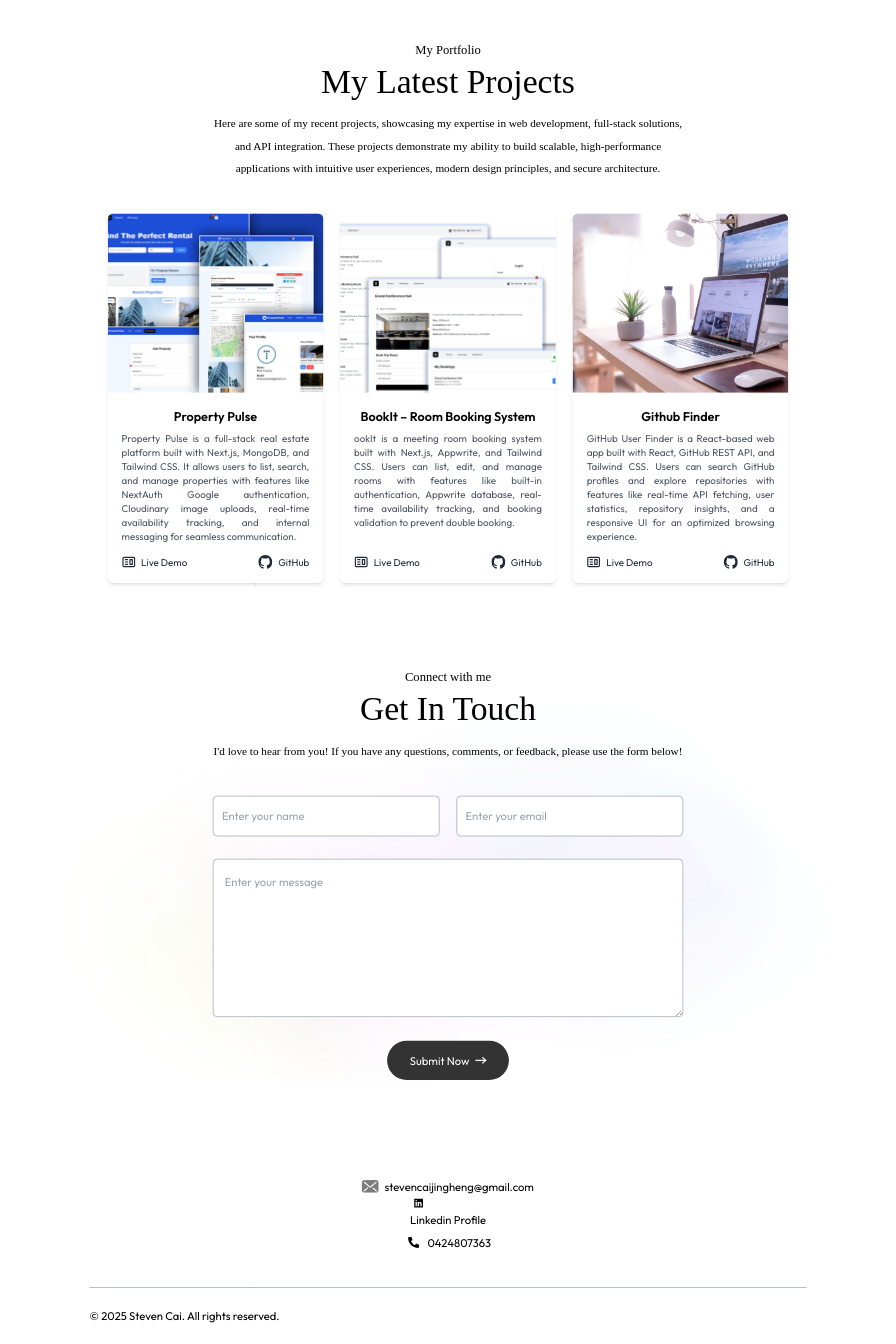
Repository: Steven4cai/profolio
Page: /
These files come from the project's save history. The page is drawn as it stood at one moment and after the next save; the edit follows.
The browser window is 1280 px wide. The pictures show the part of the page from y = 2337 to 4257 px (the page is 4257 px tall before and 4241 px after), at 70% of full size.
Some web fonts or font styles are not loaded; a fallback is used. The project was rebuilt for these pictures with package versions that can differ from the ones it lists, and the page was loaded fresh each time. The framework's server and built-in components were replaced by stand-ins that run in the browser. Also part of the build but not shown: next.config.mjs.

Above is the page before, as saved 2025-02-09 14:26:41.

### app/layout.js
import {Outfit,Ovo} from "next/font/google";
import "./globals.css";

const outfit = Outfit({
  subsets: ["latin"],weight:["400","500","600","700"]
});

const ovo = Ovo({
  subsets: ["latin"],weight:["400"]
});

export const metadata = {
  title: "Profolio - Steven",
  description: "",
};

export default function RootLayout({ children }) {
  return (
    <html lang="en" className="scroll-smooth ">
      <body className={`${outfit.className} ${ovo.className} antialiased leading-8 overflow-x-hidden
      dark:bg-darkTheme dark:text-white`}>
        <main>{children}</main>
      </body>
    </html>
  );
}

### app/page.js
'use client'
import About from "@/components/About";
import Header from "@/components/Header";
import Navbar from "@/components/Navbar";
import Services from "@/components/Services";
import Work from "@/components/Work";
import Contact from "@/components/Contact";
import Footer from "@/components/Footer";
import { useEffect, useState } from "react";

export default function Home() {
  const [isDark,setIsDark] = useState(false)

  useEffect(()=>{
    if(localStorage.theme === 'dark' || (!('theme' in localStorage) && window.matchMedia('(prefers-color-scheme:dark)').matches)){
      setIsDark(true)
    }else{
      setIsDark(false)
    }
  },[])

  useEffect(()=>{
    if(isDark){
      document.documentElement.classList.add('dark')
      localStorage.theme = 'dark'
    }else{
      document.documentElement.classList.remove('dark')
      localStorage.theme = ''
    }
  } ,[isDark])
  return (
    <>
    <Navbar isDark = {isDark} setIsDark = {setIsDark}/>
    <Header isDark = {isDark}/>
    <About isDark = {isDark}/>
    <Services isDark = {isDark}/>
    <Work isDark = {isDark}/>
    <Contact isDark = {isDark}/>
    <Footer isDark = {isDark}/>
    </>
  );
}

### components/About.jsx
import Image from 'next/image'
import React from 'react'
import {assets, infoList, toolsData} from '@/assets/assets'


const About = ({isDark}) => {
  return (
    <div id='about' className='w-full px-[12%] py-10 scroll-mt-20'>
      <h4 className='text-center mb-2 text-lg font-Ovo'>Introduction</h4>
      <h2 className='text-center text-5xl font-Ovo'>About Me</h2>

    <div className='flex w-full flex-col lg:flex-row items-center gap-20 my-20'>
        <div className='w-64 sm:w-80 rounded-3xl max-w-none'>
            <Image src={assets.user_image} alt='user'
            className='w-full rounded-3xl'/>
        </div>
        <div className='flex-1'>
            <p className='mb-10 max-w-2xl font-Ovo'>
            I am a web developer with a background in IT and software
         engineering. I specialize in building scalable and efficient web
          applications, focusing on clean code, performance optimization,
          and user experience. Skilled in both front-end and back-end
          technologies, I am always eager to learn and apply new solutions.
            </p>
            <ul className='grid grid-cols-1 sm:grid-cols-3 gap-6 max-w-2xl'>
                {infoList.map((info,index) => (
                    <li
                    className='border-[0.5px] border-gray-400 rounded-xl p-6
                    cursor-pointer hover:bg-lightHover hover:-translate-y-1 duration-500
                    hover:shadow-black
                    dark:border-white dark:hovr:shadow-white dark:hover:bg-darkHover/50'
                    key={index}>
                        <Image src={isDark ? info.iconDark : info.icon} alt={info.title} className='w-7 mt-3'/>
                        <h3 className='my-4 font-semiblod text-gray-700 dark:text-white'>{info.title}</h3>
                        <p className='text-gray-600 text-sm dark:text-white/80'>{info.description}</p>
                    </li>
                ))}
            </ul>

            <h4 className='my-6 text-gray-700 font-Ovo dark:text-white/80'>Tools I use</h4>


                <ul className='flex items-center gap-3 sm:gap-5'>
                    {toolsData.map((tool,index) => (
                        <li className=
                        'flex items-center justify-center w-12 sm:w-14 aspect-square border border-gray-400 rounded-lg cursor-pointer hover:-translate-y-1 duration-500'
                         key={index}>
                            <Image src={tool} alt='Tool' className='w-5 sm:w-7' />
                        </li>
                    ))}
                </ul>
        </div>
    </div>

    </div>
  )
}

export default About

### components/Header.jsx
import React from 'react'
import Image from 'next/image'
import {assets} from '@/assets/assets'

const Header = () => {
  return (
    <div className=
    'w-11/12 max-w-3xl text-center mx-auto h-screen flex flex-col items-center justify-center gap-4'>
      <div>
        <Image src={assets.profile_img} alt='' className='rounded-full w-32'/>
      </div>
      <h3 className='flex items-end gap-2 text-xl md:text-2xl mb-3 font-Ovo'>Hi! I'm Steven Cai <Image src={assets.hand_icon} alt='' className='w-6'/></h3>
        <h1 className='text-3xl sm:text-6xl lg:text-[66px] font-Ovo'>Frontend web developer based in Sydney</h1>
        <p className='max-w-2xl mx-auto font-Ovo'>
          Web developer with a strong foundation in software engineering,
           specializing in building efficient, scalable, and user-friendly
            applications.
        </p>
        <div className=
        'flex flex-col sm:flex-row items-center gap-4 mt-4'>
            <a href="#contact"
             className='px-10 py-3 border rounded-full bg-black text-white flex items-center gap-2
             dark:bg-transparent'>
                Contact me  <Image src={assets.right_arrow_white} alt='' className='w-4'/></a>
            <a href="/Steven_Cai_ITResume.pdf" download
            className='px-10 py-3 border rounded-full border-gray-500 flex items-center gap-2
            bg-white dark:text-black'
            >My resume  <Image src={assets.download_icon} alt='' className='w-4'/></a>

        </div>


    </div>
  )
}

export default Header

### components/Navbar.jsx
'use client'

import Image from 'next/image'
import React, { useEffect, useState } from 'react'
import {assets} from '@/assets/assets'

const Navbar = ({isDark,setIsDark}) => {
    const [isScroll, setIsScrool] = useState(false)

    const [isMenuOpen, setIsMenuOpen] = useState(false);

    const openMenu = () => {
        setIsMenuOpen(true);
    };

    const closeMenu = () => {
        setIsMenuOpen(false);
    };

    useEffect(()=>{
        window.addEventListener('scroll',()=>{
            if(scrollY > 50){
                setIsScrool(true)
            }else{
                setIsScrool(false)
            }
        })
    } ,[])

    return (
        <>
            <div className='fixed top-0 right-0 w-11/12 -z-10 translate-y-[-80%] dark:hidden'>
                <Image src={assets.header_bg_color} alt='' className='w-full' />
            </div>

            <nav className={`w-full fixed px-5 lg:px-8 xl:px-[8%] py-4 flex
                items-center justify-between z-50 ${isScroll
                ? 'bg-white bg-opacity-50 backdrop-blur-lg shadow-sm dark:bg-darkTheme dark:shadow-white/20'
                : ''}`}>
                <a href="#top">
                    <Image alt='logo' className='w-28 cursor-pointer mr-14 bg-white rounded-full' src={assets.logo} />
                </a>

                <ul className={`hidden md:flex items-center gap-6
                    lg:gap-8 rounded-full px-12 py-3
                    ${isScroll ?'' : 'bg-white shadow-sm bg-opacity-50 dark:border dark:border-white/50 dark:bg-transparent'}`}>
                    <li><a className='font-Ovo' href="#top">Home</a></li>
                    <li><a className='font-Ovo' href="#about">About me</a></li>
                    <li><a className='font-Ovo' href="#services">Services</a></li>
                    <li><a className='font-Ovo' href="#work">My Work</a></li>
                    <li><a className='font-Ovo' href="#contact">Contact me</a></li>
                </ul>

                <div className='flex items-center gap-4'>

                    <button onClick={() => setIsDark(prev => !prev)}>
                        <Image src={isDark ? assets.sun_icon : assets.moon_icon} alt='' className='w-6' />
                    </button>

                    <a href='/contact' className='hidden lg:flex items-center gap-3 px-10 py-2.5
                    border border-gray-500 rounded-full ml-4 font-Ovo
                    dark:border-white/50'>
                        Contact <Image className='w-3' src={isDark ?assets.arrow_icon_dark :assets.arrow_icon} alt='arrowicon' />
                    </a>

                    {/* Menu Button for Mobile */}
                    <button className='block md:hidden ml-3' onClick={openMenu}>
                        <Image src={isDark ?assets.menu_white :assets.menu_black} alt='' className='w-6' />
                    </button>
                </div>

                {/* Mobile Menu */}
                <ul className={`flex flex-col gap-4 py-20 px-10
                fixed -right-0 top-0 bottom-0 w-64 z-50 h-screen bg-rose-50
                transition duration-500' dark:bg-darkHover dark:text-white
                ${isMenuOpen ? 'translate-x-0' : 'translate-x-[16rem]'} md:hidden`}>
                    {/* Close Button */}
                    <div className='absolute right-6 top-6' onClick={closeMenu}>
                        <Image src={isDark ?assets.close_white :assets.close_black} alt='' className='w-5 cursor-pointer' />
                    </div>

                    <li><a onClick={closeMenu} className='font-Ovo' href="#top">Home</a></li>
                    <li><a onClick={closeMenu} className='font-Ovo' href="#about">About me</a></li>
                    <li><a onClick={closeMenu} className='font-Ovo' href="#services">Services</a></li>
                    <li><a onClick={closeMenu} className='font-Ovo' href="#work">My Work</a></li>
                    <li><a onClick={closeMenu} className='font-Ovo' href="#contact">Contact me</a></li>
                </ul>
            </nav>
        </>
    )
}

export default Navbar;

### components/Services.jsx
import React from "react";
import { TbWorld } from "react-icons/tb";
import { RiStackFill } from "react-icons/ri";
import { AiOutlineApi } from "react-icons/ai";
import { MdSecurity } from "react-icons/md";

export const serviceData = [
  { icon: <TbWorld className="text-4xl text-gray-700 dark:text-white" />, title: 'Frontend Development', description: 'Building modern, responsive, and interactive web applications using React.js, Next.js, and Tailwind CSS to ensure seamless user experience.', link: '' },
  { icon: <RiStackFill className="text-4xl text-gray-700 dark:text-white" />, title: 'Full-Stack Development', description: 'Developing scalable web applications with Next.js, Appwrite, MongoDB, and Firebase, handling both frontend and backend efficiently.', link: '' },
  { icon: <AiOutlineApi className="text-4xl text-gray-700 dark:text-white" />, title: 'API Development & Integration', description: 'Creating and integrating RESTful APIs to enable smooth data communication between systems, ensuring high performance and security.', link: '' },
  { icon: <MdSecurity className="text-4xl text-gray-700 dark:text-white" />, title: 'Authentication & Security', description: 'Implementing secure authentication using NextAuth.js, OAuth, JWT, and Firebase Auth, ensuring data protection and user privacy.', link: '' },
];

const Services = () => {
  return (
    <div id='services' className='w-full px-[12%] py-10 scroll-mt-20'>
      <h4 className='text-center mb-2 text-lg font-Ovo'>What I offer</h4>
      <h2 className='text-center text-5xl font-Ovo'>My Services</h2>

      <p className='text-center max-w-2xl mx-auto mt-5 mb-12 font-Ovo'>
        I design and develop modern, high-performance web applications with
        a focus on efficiency, scalability, and seamless user experience. Whether
        it’s front-end UI/UX, full-stack solutions, or API integrations,
        I build robust and maintainable systems tailored to business needs.
      </p>

      <div className='grid grid-cols-1 sm:grid-cols-2 md:grid-cols-4 gap-6 my-10'>
        {serviceData.map(({ icon, title, description, link }, index) => (
          <div
            className='border border-gray-400 rounded-lg px-8 py-10 flex flex-col items-center text-center
              hover:shadow-black cursor-pointer hover:bg-lightHover hover:-translate-y-1 duration-500
              dark:hover:bg-darkHover dark:hover:shadow-white'
            key={index}
          >
            {icon}
            <h3 className='text-lg my-4 text-gray-700 dark:text-white'>{title}</h3>
            <p className='text-sm text-gray-600 leading-5 dark:text-white/80'>{description}</p>
          </div>
        ))}
      </div>
    </div>
  );
};

export default Services;

### components/Work.jsx
import { assets, workData } from '@/assets/assets';
import React from 'react';
import Image from 'next/image';
import Link from 'next/link';
import { BsGithub } from 'react-icons/bs';
import { CgWebsite } from 'react-icons/cg';

const Work = ({ isDark }) => {
  return (
    <div id="work" className="w-full px-[12%] py-10 scroll-mt-20">
      <h4 className="text-center mb-2 text-lg font-Ovo">My Portfolio</h4>
      <h2 className="text-center text-5xl font-Ovo">My Latest Projects</h2>

      <p className="text-center max-w-2xl mx-auto mt-5 mb-12 font-Ovo">
      Here are some of my recent projects, showcasing my expertise in web
       development, full-stack solutions, and API integration. These projects
        demonstrate my ability to build scalable, high-performance applications
         with intuitive user experiences, modern design principles, and secure
         architecture.
      </p>

      <div className="grid grid-cols-1 sm:grid-cols-2 md:grid-cols-3 gap-6 my-10">
  {workData.map((work, index) => (
    <div
      key={index}
      className="flex flex-col bg-white dark:bg-gray-900 rounded-lg shadow-md overflow-hidden group cursor-pointer"
    >
      {/* 背景图片部分 */}
      <div
        className="h-64 bg-cover bg-center transition-transform duration-500 group-hover:scale-105"
        style={{ backgroundImage: `url(${work.bgImage})` }}
      ></div>

      {/* 文字部分 */}
      <div
        className="p-5 w-full flex flex-col flex-grow transition-all duration-500 group-hover:-translate-y-2"
      >
        <h2 className="font-semibold text-lg dark:text-white text-center">
          {work.title}
        </h2>
        <p className="text-sm text-gray-600 dark:text-gray-300 mt-2 text-justify flex-grow">
          {work.description}
        </p>

        {/* 按钮部分 */}
        <div className="mt-4 flex justify-between items-center">
          <Link
            href={work.website}
            target="_blank"
            className="flex items-center gap-2 text-sm text-gray-800 dark:text-white hover:text-blue-500 transition-colors"
          >
            <CgWebsite className="text-xl" /> Live Demo
          </Link>

          <Link
            href={work.github}
            target="_blank"
            className="flex items-center gap-2 text-sm text-gray-800 dark:text-white hover:text-gray-600 transition-colors"
          >
            <BsGithub className="text-xl" /> GitHub
          </Link>
        </div>
      </div>
    </div>
  ))}
</div>

    </div>
  );
};

export default Work;

### components/Contact.jsx
'use client'
import { assets } from '@/assets/assets'
import React,{ useState } from 'react'
import Image from 'next/image'
const Contact = () => {

    const [result, setResult] = React.useState("");

  const onSubmit = async (event) => {
    event.preventDefault();
    setResult("Sending....");
    const formData = new FormData(event.target);

    formData.append("access_key", "d1d257f8-3b83-45d6-8d1c-4f4ca340e588");

    const response = await fetch("https://api.web3forms.com/submit", {
      method: "POST",
      body: formData
    });

    const data = await response.json();

    if (data.success) {
      setResult("Form Submitted Successfully");
      event.target.reset();
    } else {
      console.log("Error", data);
      setResult(data.message);
    }
  };


  return (
    <div id='contact' className='w-full px-[12%] py-10 scroll-mt-20 bg-[url("/footer-bg-color.png")] bg-no-repeat
    bg-center bg-[length:90%_auto] dark:bg-none'>
        <h4 className='text-center mb-2 text-lg font-Ovo'>Connect with me</h4>
        <h2 className='text-center text-5xl font-Ovo'>Get In Touch</h2>

        <p className='text-center max-w-2xl mx-auto mt-5 mb-12 font-Ovo'>
       I'd love to hear from you! If you have any questions, comments, or feedback, please use the form below!
        </p>

        <form onSubmit={onSubmit} className='max-w-2xl mx-auto'>
            <div className='grid grid-cols-auto gap-6 mt-10 mb-8'>
                <input
                className='flex-1 p-3 outline-none border-[0.5px] border-gray-400 rounded-md bg-white
                dark:bg-darkHover/30 dark:border-white/90'
                type="text" placeholder='Enter your name' required name="name" />
                <input
                className='flex-1 p-3 outline-none border-[0.5px] border-gray-400 rounded-md bg-white
                dark:bg-darkHover/30 dark:border-white/90'
                type="email" placeholder='Enter your email' required name="email" />
            </div>
            <textarea
            className='w-full p-4 outline-none border-[0.5px] border-gray-400 rounded-md bg-white mb-6
            dark:bg-darkHover/30 dark:border-white/90'
            rows={6} placeholder='Enter your message'  name="message" required></textarea>
            <button
            className='py-3 px-8 w-max flex items-center justify-between gap-2 bg-black/80 text-white rounded-full
            mx-auto hover:bg-black duration-500 dark:bg-transparent dark:border-[0.5px] dark:hover:bg-darkHover'
            type='submit'>
                Submit Now <Image src={assets.right_arrow_white} alt='' className='w-4'/>
            </button>

            <p className='mt-4'>{result}</p>
        </form>
    </div>
  )
}

export default Contact

### components/Footer.jsx
import Image from 'next/image'
import React from 'react'
import { assets } from '@/assets/assets'
import { FaPhoneAlt } from "react-icons/fa";
import Link from 'next/link';

import { AiFillLinkedin } from "react-icons/ai";



const Footer = ({isDark}) => {
    const currentYear = new Date().getFullYear();

  return (
    <div className='mt-20'>
      <div className='text-center'>
        <div className='flex w-max items-center gap-2 mx-auto'>
            <Image src={isDark ?assets.mail_icon_dark : assets.mail_icon} alt='' className='w-6'/>
            stevencaijingheng@gmail.com
        </div>

        <div className='flex w-max items-center gap-2 mx-auto'>
          <Link href={'www.linkedin.com/in//stevencai1'}>
            <AiFillLinkedin className='w-6'/>
            Linkedin Profile
            </Link>
        </div>

        <div className='flex w-max items-center gap-2 mx-auto'>
            <FaPhoneAlt className='w-6'/>
            0424807363
        </div>
      </div>
      <div className=
      'text-center sm:flex items-center justify-between border-t border-gray-400 mx-[10%] mt-12 py-6'>
        <p>
            &copy; {currentYear} Steven Cai. All rights reserved.
        </p>

      </div>
    </div>
  )
}

export default Footer

### tailwind.config.mjs
/** @type {import('tailwindcss').Config} */
export default {
  content: [
    "./pages/**/*.{js,ts,jsx,tsx,mdx}",
    "./components/**/*.{js,ts,jsx,tsx,mdx}",
    "./app/**/*.{js,ts,jsx,tsx,mdx}",
  ],
  theme: {
    extend: {
      colors: {
        lightHover: '#fcf4ff',
        darkHover: '#2a004a',
        darkTheme: '#11001F'
      },
      fontFamily:{
        Outfit:["Outfit", "sans-serif"],
        Ovo: ["Ovo", "serif"]
      },
      boxShadow:{
        'black': '4px 4px 0 #000',
        'white': '4px 4px 0 #fff',
      },
      gridTemplateColumns:{
        'auto':'repeat(auto-fit,minmax(200px,1fr))'
      }
    },
  },
  darkMode: 'selector',
  plugins: [],
};

Loaded but not shown: app/globals.css (common file); assets/assets.js (123 lines, source omitted)

After the next save:
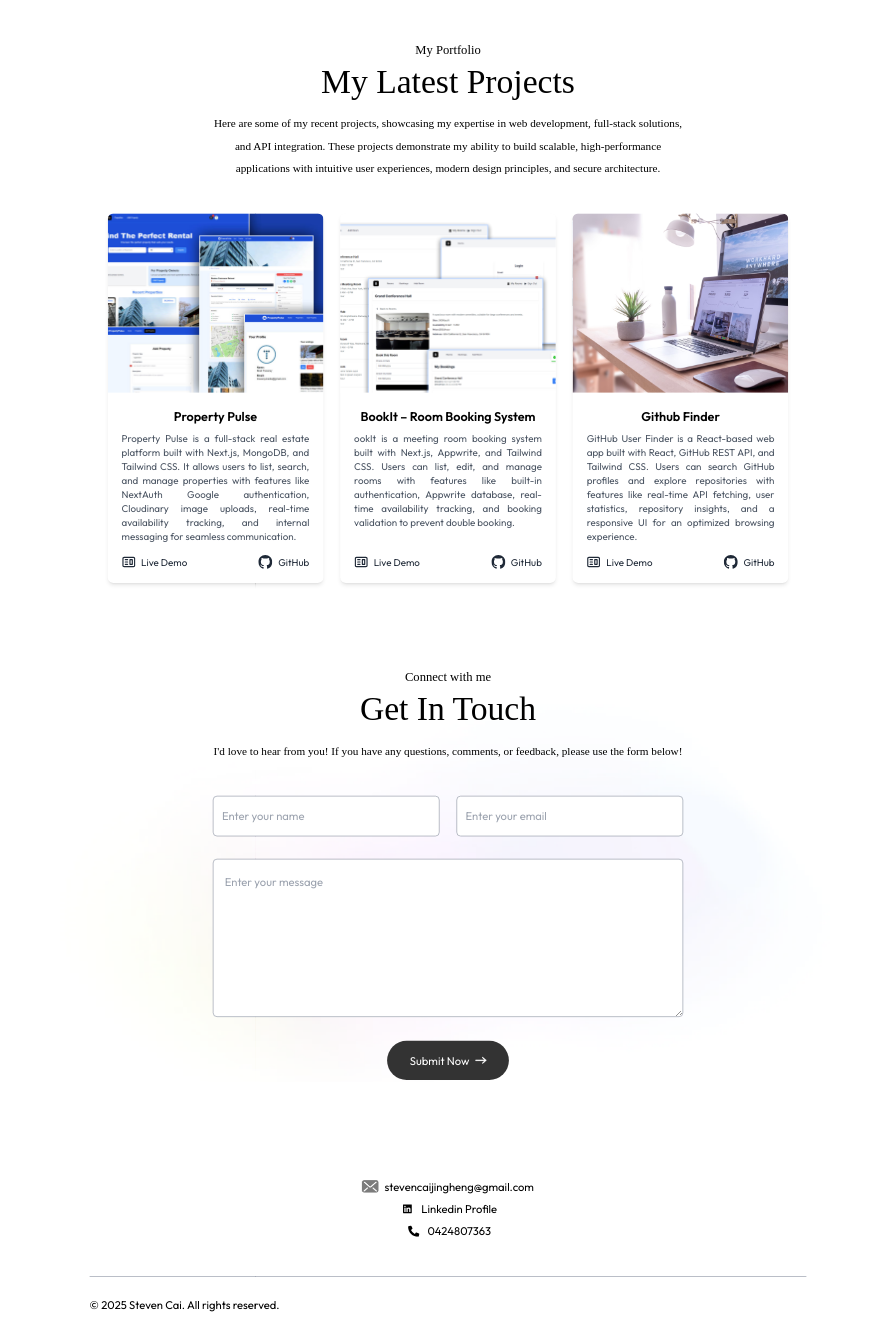
Saved 17 s later.
--- a/components/Footer.jsx
+++ b/components/Footer.jsx
@@ -18,13 +18,14 @@ const Footer = ({isDark}) => {
             <Image src={isDark ?assets.mail_icon_dark : assets.mail_icon} alt='' className='w-6'/>
             stevencaijingheng@gmail.com
         </div>
+        <Link href={'www.linkedin.com/in//stevencai1'}>
+        <div className='flex w-max items-center gap-2 mx-auto'>
 
-        <div className='flex w-max items-center gap-2 mx-auto'>
-          <Link href={'www.linkedin.com/in//stevencai1'}>
             <AiFillLinkedin className='w-6'/>
             Linkedin Profile
-            </Link>
+
         </div>
+        </Link>
 
         <div className='flex w-max items-center gap-2 mx-auto'>
             <FaPhoneAlt className='w-6'/>
